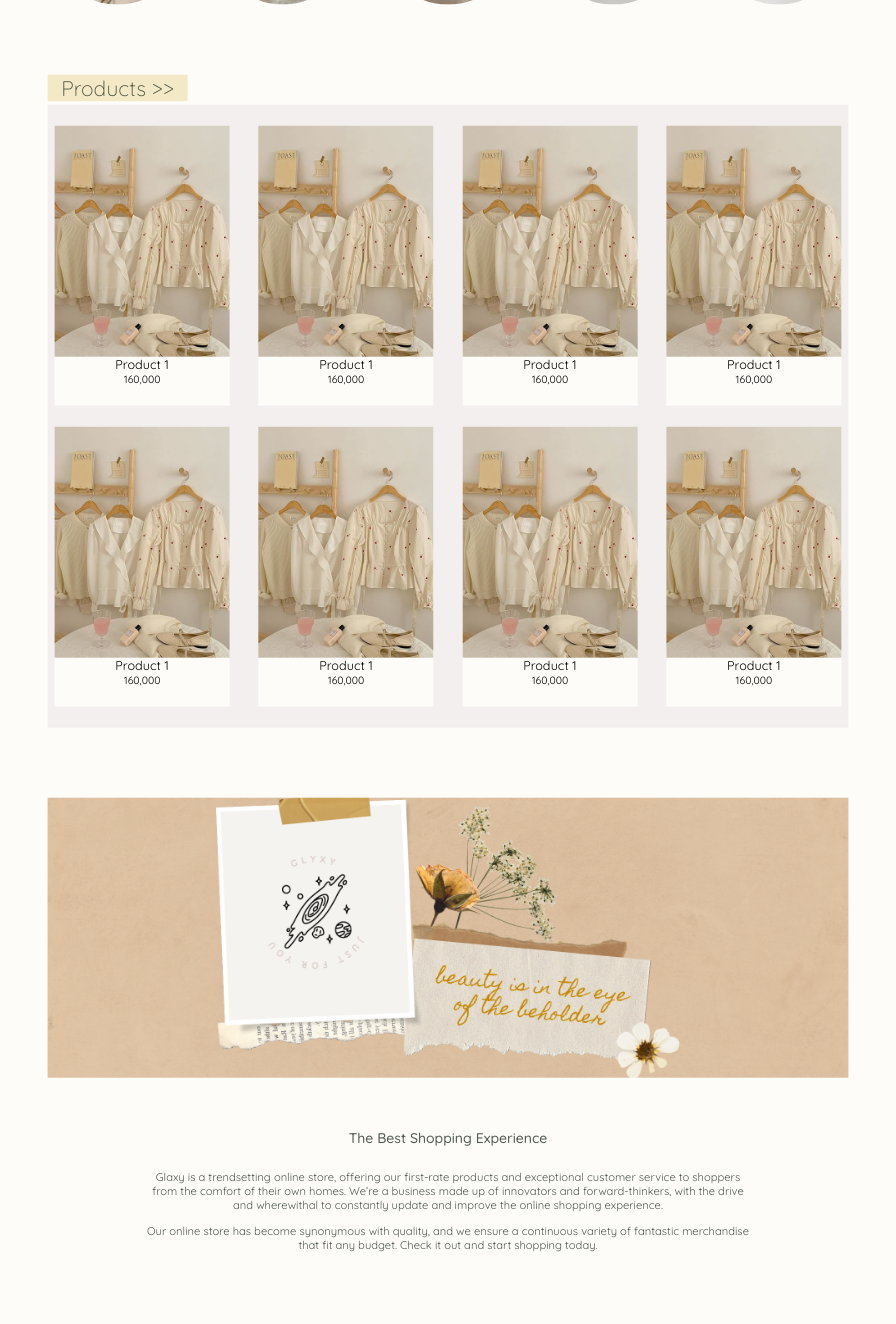
Repository: nganha241/store
Page: index.html
An editor plug-in stored every save of this project. The page is shown before and after the next save, followed by the edit.
The browser window is 1280 px wide. The pictures show the part of the page from y = 1321 to 3241 px (the page is 3213 px tall before and 3241 px after), at 70% of full size.
Some web libraries are served in a nearby version.

Above is the page before, as saved 2022-04-16 20:41:43.

After the next save:
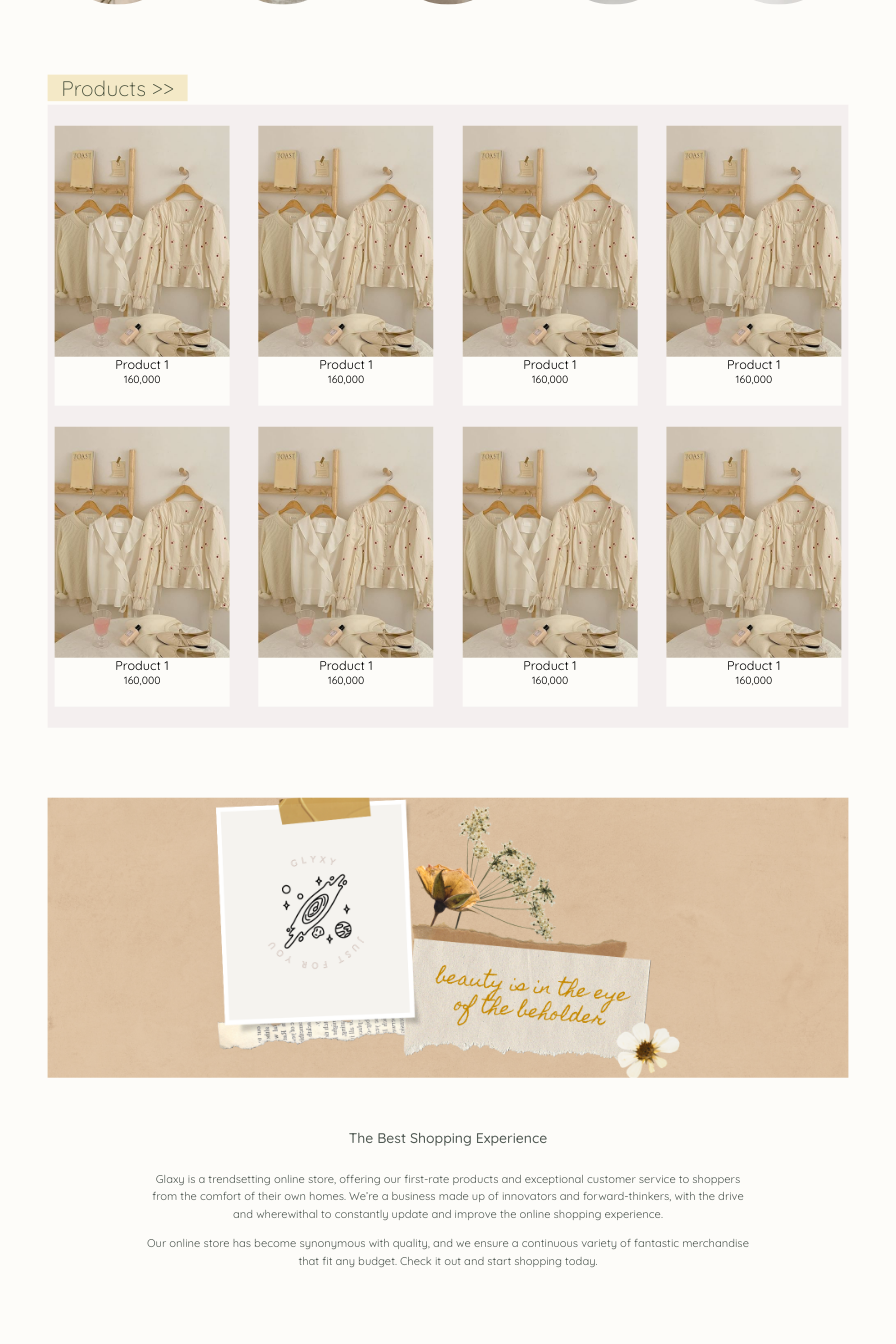
Saved 57 s later.
--- a/style.css
+++ b/style.css
@@ -276,3 +276,7 @@ li {
     font-size: 20px;
     font-weight: 500;
 }
+
+.about-us .about-text p {
+    line-height: 1.6;
+}
